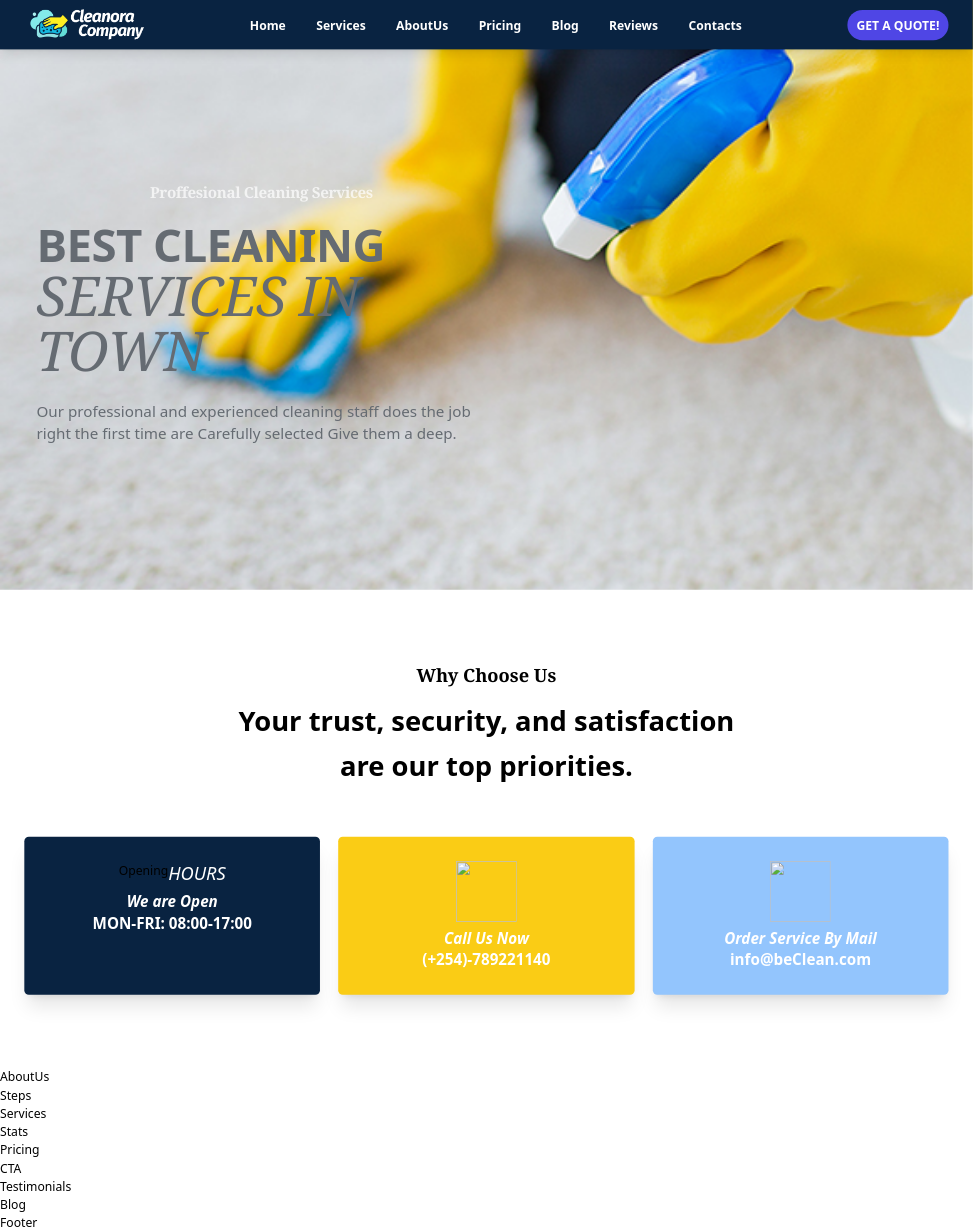
Repository: remydev47/cleonara
Page: /
An editor plug-in stored every save of this project. The page is shown before and after the next save, followed by the edit.
The browser window is 1280 px wide. The pictures show the whole page, at 76% of full size.
The project was rebuilt for these pictures with package versions that can differ from the ones it lists, and the page was loaded fresh each time. The framework's server and built-in components were replaced by stand-ins that run in the browser. Also part of the build but not shown: next.config.js.

Above is the page before, as saved 2022-11-01 12:47:41.
Not found: images/mail.png
Not found: images/smartphone.png

### pages/_app.tsx
import '../styles/globals.css'
import type { AppProps } from 'next/app'
import Header from '../components/Header'

function MyApp({ Component, pageProps }: AppProps) {
  return(
    <>
      <Header />
      <Component {...pageProps} />
    </>

  )
}

export default MyApp

### pages/index.tsx
import type { NextPage } from 'next'
import Head from 'next/head'
import Image from 'next/image'
import { AboutUs, CTA, Hero, Offers, Pricing, Services, Blog, Stats, Steps, Testimonials, Footer } from '../components'

const Home: NextPage = () => {
  return (
    <div className="">
      <Head>
        <title>CLEONARA</title>
        <link rel="icon" href="/favicon.ico" />
      </Head>
      <Hero/>
      <Offers />
      <AboutUs />
      <Steps />
      <Services />
      <Stats />
      <Pricing />
      <CTA />
      <Testimonials />
      <Blog />
      <Footer />
    </div>
  )
}

export default Home

### components/Header.tsx
import React from 'react';
import { navLinks } from '../constants';
import Menupopover from './Menupopover';
import Image from 'next/image';
import Logo from './Logo';
import { Button } from './Button';

const Header = () => {
  return (
    <header className="fixed inset-x-0 bg-[#092341] z-20 flex justify-between items-center py-2 px-2 shadow-lg dark:bg-slate-900 sm:py-3 sm:px-8">
            <div className='flex grow-0 basis-1/3 md:hidden'>
                <Menupopover />
            </div>

             <div className='flex grow-0 ml-2 justify-center md:justify-start'>
                <Logo />

            </div>


            <ul className="list-none sm:flex hidden justify-center items-center flex-1">
            {navLinks.map((nav, index) => (
                <li
                key={nav.id}
                className={`font-bold cursor-pointer text-[16px] hover:text-blue-400
                   ${index === navLinks.length - 1 ? 'mr-0' : 'mr-10'}
                  text-white `}
                >
                    <a>{nav.title}</a>
                </li>
            ))}
           </ul>

          <div className='sm:flex hidden'>
            <Button variant='solid'>
              GET A QUOTE!
            </Button>
          </div>

        </header>
  )
}

export default Header

### components/index.ts
import Hero from "./Hero";
import Offers from "./Offers";
import AboutUs from "./AboutUs";
import Steps from "./Steps";
import Services from "./Services";
import Stats from "./Stats";
import Pricing from "./Pricing";
import CTA from "./CTA";
import Testimonials from "./Testimonials";
import Blog from "./Blog";
import Footer from "./Footer";

export {
    Hero, Offers, AboutUs, Steps, Services, Stats, Pricing, CTA, Testimonials, Blog, Footer
}

### constants/index.ts
export const navLinks=[
    {
        id:"home",
        title:"Home",
    },
    {
        id:"services",
        title:"Services",
    },
    {
        id:"AboutUs",
        title:"AboutUs",
    },
    {
        id:"pricing",
        title:"Pricing",
    },
    {
        id:"blog",
        title:"Blog",
    },
    {
        id:"reviews",
        title:"Reviews",
    },
    {
        id:"contacts",
        title:"Contacts",
    },
]

### components/Menupopover.tsx
import React, {useState, Fragment} from 'react';
import { navLinks } from '../constants';
import { IconButton, Button } from './Button';
import { Transition, Dialog } from '@headlessui/react';
import Logo from './Logo';
import Image from 'next/image';

const Menupopover = () => {
  const [isOpen, setIsOpen] = useState(false)

  return (
    <div>
    <IconButton
      variant='ghost'
      aria-label='menu'
      onClick={() => setIsOpen(!isOpen)}
    >
      <svg className='h-6 w-6 ' fill='none' stroke='currentColor'>
        <path
          strokeLinecap='round'
          strokeLinejoin='round'
          strokeWidth={2}
          d='M4 6h16M4 12h16M4 18h16'
        />
      </svg>
    </IconButton>
    <Transition
      show={isOpen}
      appear
      as={Fragment}
      enter='transform transition ease-in-out duration-300'
      enterFrom='-translate-x-full'
      enterTo='translate-x-0'
      leave='transform transition ease-in-out duration-300 delay-200'
      leaveFrom='translate-x-0'
      leaveTo='-translate-x-full'
     >
     <Dialog
       as='div'
       className={`fixed inset-0 z-50`}
       onClose={setIsOpen}
       open={isOpen}
       >
       <Transition.Child
         as={Fragment}
         enter='ease-out duration-300 delay-300'
         enterFrom='opacity-0'
         enterTo='opacity-100'
         leave='ease-in duration-200'
         leaveFrom='opacity-100'
         leaveTo='opacity-0'
       >

        <Dialog.Overlay
          className={`fixed inset-0 bg-black/20 backdrop-blur-sm dark:bg-gray-900/80`}
         />
      </Transition.Child>
       <div className={styles.dialogcontainer}>
        <a className='mx-auto mt-4 flex w-[140px] '>
          <Logo />
        </a>
        <ul
            className={styles.navWrapper2}
         >
            {navLinks.map((nav, index) => (
                <li
                 key={nav.id}
                 className={` font-bold cursor-pointer text-[16px]
                  mt-2 border-t border-slate-200 py-4 dark:border-slate-600
                  ${index === navLinks.length - 1 ? 'mr-0' : 'mb-4'}
                  text-white `}
                >
                 <a href={`#${nav.id}`}>
                    {nav.title}
                 </a>
                </li>
             ))}
         </ul>

        <IconButton
          variant='ghost'
          aria-label='close menu'
          className='absolute top-5 right-5'
          onClick={() => setIsOpen(false)}
        >
          <svg
            viewBox='0 0 10 10'
            className='h-2.5 w-2.5 overflow-visible'
            aria-hidden='true'
          >
            <path
                d='M0 0L10 10M10 0L0 10'
                fill='none'
                stroke='currentColor'
                strokeWidth='2'
                strokeLinecap='round'
              />
          </svg>
        </IconButton>
       </div>
     </Dialog>
    </Transition>
  </div>
  )
}

export default Menupopover;

const styles ={
  dialogcontainer:`fixed top-0 bottom-0 left-0 w-full max-w-xs rounded-r-xl bg-[#092341] p-6 shadow-lg dark:bg-gray-800`,
  menuitems:`group relative flex h-9 items-center oveflow-hidden rounded-md hover:bg-slate-200/50`,
  navWrapper2:`list-none flex flex-col justify-end items-center flex-1`,
}

### components/Logo.tsx
import React from 'react'
import Image from 'next/image'

const Logo = () => {
  return (
    <div>
        <Image
          src='/images/logo.png'
          alt='Cleonara'
          height={80}
          width={150}
        />
    </div>
  )
}

export default Logo

### components/Button/index.tsx
import React, { forwardRef } from "react";
//import { __DEV__ } from "../../utils/assertions";

type BaseButtonProps = Omit<React.HTMLProps<HTMLButtonElement>, "size">;

/* === Button Element === */

export interface ButtonProps extends BaseButtonProps {
  children: React.ReactNode;
  fullWidth?: boolean;
  className?: string;
  variant?: "solid" | "outline" | "ghost";
  size?: "sm" | "md" | "lg";
  as?: string;
  isExternal?: boolean;
  type?: "button" | "submit" | "reset";
}

export const Button = forwardRef<HTMLButtonElement, ButtonProps>(
  (
    {
      children,
      variant = "solid",
      size = "md",
      fullWidth = false,
      className,
      as = "button",
      isExternal = false,
      ...rest
    },
    ref
  ) => {
    let tempClassNames: string[] = [];

    const sharedClasses = [
      "capitalize",
      "focus:outline-none",
      "focus:ring-2",
      "focus:ring-indigo-400",
      "focus:ring-offset-2",
      "focus:ring-offset-indigo-50",
      "font-semibold",
      "rounded-full",
      "inline-flex",
      "flex-shrink-0",
      "items-center",
      "justify-center",
      "transition-colors",
      "ease-in-out",
      "duration-500",
    ];

    if (fullWidth) sharedClasses.push("w-full");

    // handle variants
    let btnSolid = ["bg-indigo-600", "hover:bg-indigo-700", "text-white"];
    let btnOutline = [
      "dark:text-white",
      "hover:text-indigo-700",
      "hover:dark:text-indigo-700",
      "bg-transparent",
      "hover:bg-indigo-50",
      "border",
      "border-indigo-600",
    ];
    let btnGhost = [
      "bg-transparent",
      "dark:text-white",
      "hover:bg-indigo-50",
      "hover:text-indigo-700",
      "hover:dark:text-indigo-700",
    ];

    if (variant === "solid") {
      tempClassNames = [...sharedClasses, ...btnSolid];
    } else if (variant === "outline") {
      tempClassNames = [...sharedClasses, ...btnOutline];
    } else if (variant === "ghost") {
      tempClassNames = [...sharedClasses, ...btnGhost];
    }

    // handle sizes
    let sizeSm = ["h-8", "px-2", "text-sm"];
    let sizeMd = ["h-10", "px-3"];
    let sizeLg = ["h-12", "px-4", "text-lg"];

    if (size === "sm") {
      tempClassNames = [...tempClassNames, ...sizeSm];
    } else if (size === "md") {
      tempClassNames = [...tempClassNames, ...sizeMd];
    } else if (size === "lg") {
      tempClassNames = [...tempClassNames, ...sizeLg];
    }

    let classes = tempClassNames.join(" ");

    let Element = as ? (
      React.createElement(
        as,
        {
          className: `${classes} ${className}`,
          target: isExternal ? "_blank" : undefined,
          rel: isExternal ? "noopener noreferrer" : undefined,
          ref,
          ...rest,
        },
        children
      )
    ) : (
      <button {...rest} className={`${classes} ${className}`} ref={ref}>
        {children}
      </button>
    );

    return Element;
  }
);

// if (__DEV__) {
//   Button.displayName = "Button";
// }

/* === IconButton Element === */

export interface IconButtonProps extends ButtonProps {
  icon?: React.ReactElement;
  "aria-label": string;
}

export const IconButton = forwardRef<HTMLButtonElement, IconButtonProps>(
  (
    {
      children,
      icon,
      className,
      "aria-label": ariaLabel,
      size = "md",
      ...rest
    },
    ref
  ) => {
    let sharedClasses = ["rounded-full", "!px-0"];

    // handle sizes
    let sizeSm = ["w-8"];
    let sizeMd = ["w-10"];
    let sizeLg = ["w-12"];

    if (size === "sm") {
      sharedClasses = [...sharedClasses, ...sizeSm];
    } else if (size === "md") {
      sharedClasses = [...sharedClasses, ...sizeMd];
    } else if (size === "lg") {
      sharedClasses = [...sharedClasses, ...sizeLg];
    }

    /**
     * Passing the icon as prop or children should work
     */
    const element = icon || children;
    const _children = React.isValidElement(element)
      ? React.cloneElement(element as any, {
          "aria-hidden": true,
          focusable: false,
        })
      : null;

    let classes = sharedClasses.join(" ");
    return (
      <Button
        className={`${classes} ${className}`}
        aria-label={ariaLabel}
        size={size}
        {...rest}
        ref={ref}
      >
        {_children}
      </Button>
    );
  }
)

### components/Hero.tsx
import React from 'react'

const Hero = () => {
  return (
    <section className='relative pt-48 pb-12 xl:pt-60 sm:pb-16 lg:pb-32 xl:pb-48 2xl:pb-56'>
    <div className="absolute inset-0">
     <img className="object-cover w-full h-full" src="/images/7.jpg" alt="" />
    </div>
   <div className='relative'>
    <div className="px-6 mx-auto sm:px-8 lg:px-12 max-w-7xl">
      <div className="w-full lg:w-2/3 xl:w-1/2">
        <h1 className="font-serif text-xl font-bold tracking-tight text-white text-opacity-70 text-center">Proffesional Cleaning Services</h1>
        <p className="mt-6 tracking-tighter text-[#656b72]">
          <span className="font-sans font-bold text-6xl">BEST CLEANING </span><br />
          <span className="font-serif italic font-BOLD text-7xl">SERVICES IN TOWN</span>
        </p>
        <p className="mt-8 font-erif text-xl font-normal text-[#656b72]">
         Our professional and experienced cleaning staff does the job right the first time are Carefully selected Give them a deep.
        </p>
      </div>
    </div>
   </div>
  </section>
  )
}

export default Hero

### components/Offers.tsx
import React from 'react'

const Offers = () => {
  return (
    <section className="bg-[#fff] sm:py-16 lg:py-24">
    <div className="px-4 mx-auto max-w-7xl sm:px-6 lg:px-8">
    <div className="max-w-2xl mx-auto text-center">
      <h2 className="text-xl font-serif font-semibold leading-tight text-black  lg:text-2xl">Why Choose Us</h2>
      <p className="mx-auto mt-4 text-4xl font-bold leading-relaxed text-black">
       Your trust, security, and satisfaction are our top priorities.
      </p>
    </div>

    <div className="grid max-w-md grid-cols-1 gap-6 mx-auto mt-8 text-center lg:max-w-full lg:mt-16 lg:grid-cols-3">

        <div className="overflow-hidden bg-[#092341] shadow-xl border-gray-300 rounded-md">
          <div className="p-8 xl:px-12 flex flex-col items-center justify-center">
             <div className='flex flex-row'>
               <h1>Opening</h1>
               <span className='italic text-2xl text-white'>HOURS</span>
             </div>
             <h2 className='font-bold text-xl italic text-white text-center mt-2'>
               We are Open
             </h2>
             <p className='text-xl text-white text-center font-bold'>
               MON-FRI: 08:00-17:00
             </p>
          </div>
        </div>

        <div className="overflow-hidden bg-yellow-400 shadow-xl border-gray-300 rounded-md">
          <div className="p-8 xl:px-12 flex flex-col items-center justify-center">
             <div>
               <img src='/images/smartphone.png' className='h-20 w-20'/>
             </div>
             <h2 className='font-bold text-xl italic text-white text-center mt-2'>
               Call Us Now
             </h2>
             <p className='text-xl text-white text-center font-bold'>
              (+254)-789221140
             </p>
          </div>
        </div>

        <div className="overflow-hidden bg-blue-300 shadow-xl border-gray-300 rounded-md">
          <div className="p-8 xl:px-12 flex flex-col items-center justify-center">
             <div>
               <img src='/images/mail.png' className='h-20 w-20'/>
             </div>
             <h2 className='font-bold text-xl italic text-white text-center mt-2'>
               Order Service By Mail
             </h2>
             <p className='text-xl text-white text-center font-bold'>
              info@beClean.com
             </p>
          </div>
        </div>

    </div>
</div>
</section>
  )
}

export default Offers

### components/Steps.tsx
import React from 'react'

const Steps = () => {
  return (
    <div>Steps</div>
  )
}

export default Steps

Loaded but not shown: styles/globals.css (common file); components/AboutUs.tsx (common file); components/Services.tsx (common file); components/Stats.tsx (common file); components/Pricing.tsx (common file); components/CTA.tsx (common file); components/Testimonials.tsx (common file); components/Blog.tsx (common file); components/Footer.tsx (common file); tailwind.config.js (common file)

After the next save:
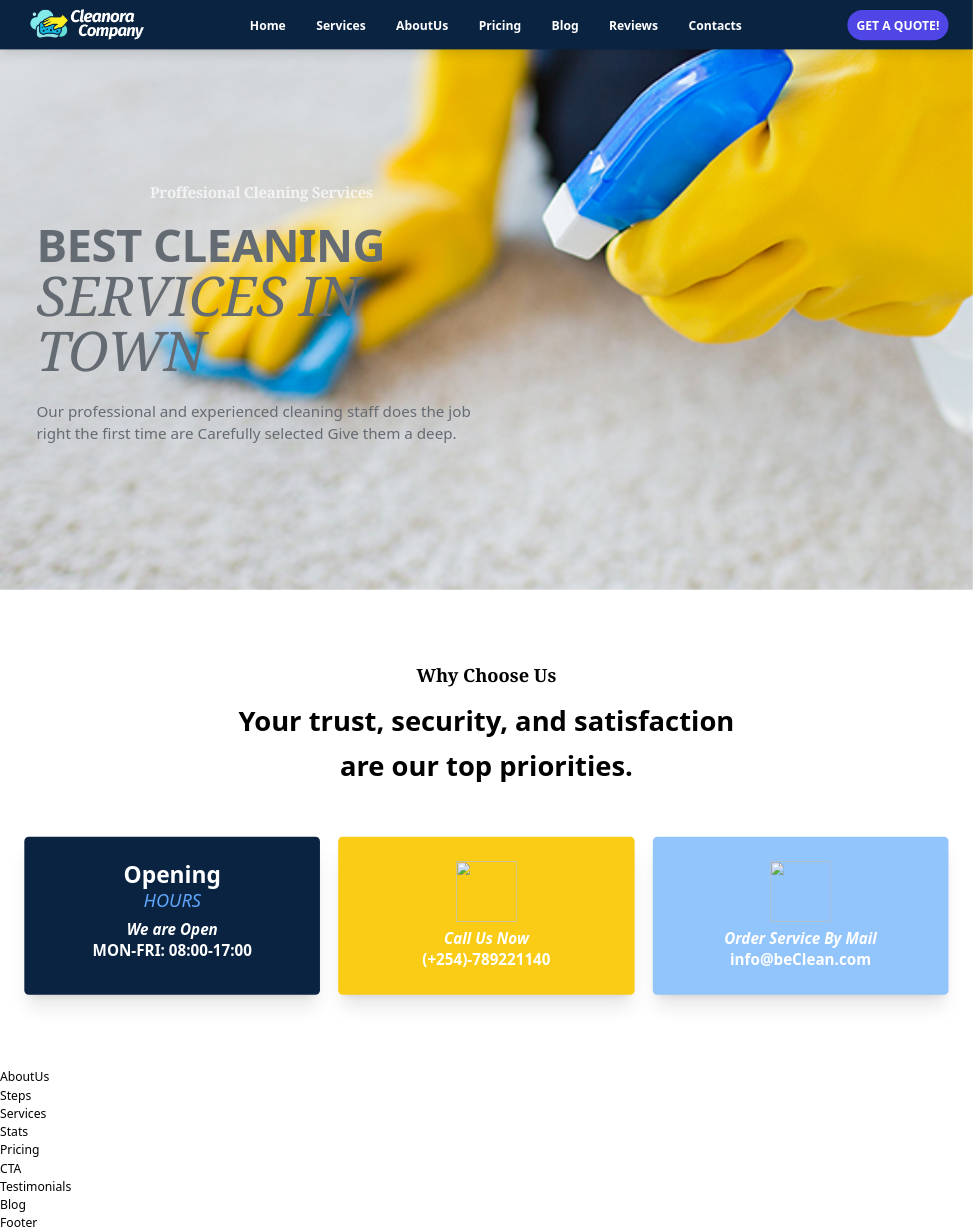
Saved 62 s later.
--- a/components/Offers.tsx
+++ b/components/Offers.tsx
@@ -15,9 +15,9 @@
 
         <div className="overflow-hidden bg-[#092341] shadow-xl border-gray-300 rounded-md">
           <div className="p-8 xl:px-12 flex flex-col items-center justify-center">
-             <div className='flex flex-row'>
-               <h1>Opening</h1>
-               <span className='italic text-2xl text-white'>HOURS</span>
+             <div className='flex flex-col'>
+               <h1 className='text-3xl font-semibold text-white'>Opening</h1>
+               <span className='italic text-2xl text-blue-400'>HOURS</span>
              </div>
              <h2 className='font-bold text-xl italic text-white text-center mt-2'>
                We are Open
